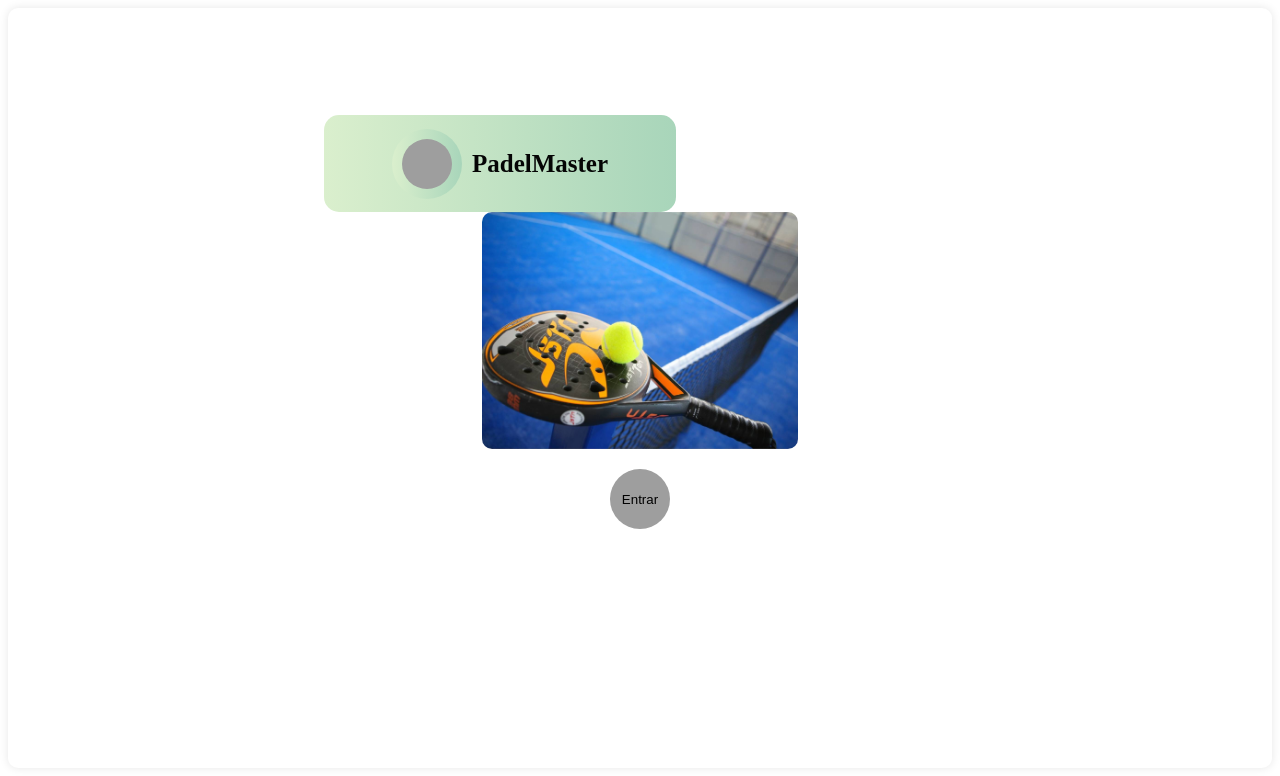
Repository: MarcioMiguel22/PadelMaster
Page: /
The author's editor kept a copy of each file at every save. The page is drawn from the files as they stood at one save, then again after the next save.
The browser window is 1280 px wide. The pictures show the whole page.
Pictures or frames that could not be fetched are drawn as grey boxes. The project was rebuilt for these pictures with package versions that can differ from the ones it lists, and the page was loaded fresh each time. Also part of the build but not shown: vite.config.ts, src/components/components_calculadora/JogadorItem.tsx, src/components/components_calculadora/JogadoresLista.tsx, src/components/components_calculadora/TrocarJogadoresButton.module.css, src/components/components_calculadora/TrocarJogadoresButton.tsx, src/components/components_calculadora/Campo.tsx, src/components/components_calculadora/Jogo.tsx, src/components/components_calculadora/Ranking.module.css and 17 more.

Above is the page before, as saved 2024-06-20 11:19:50.

After the next save:
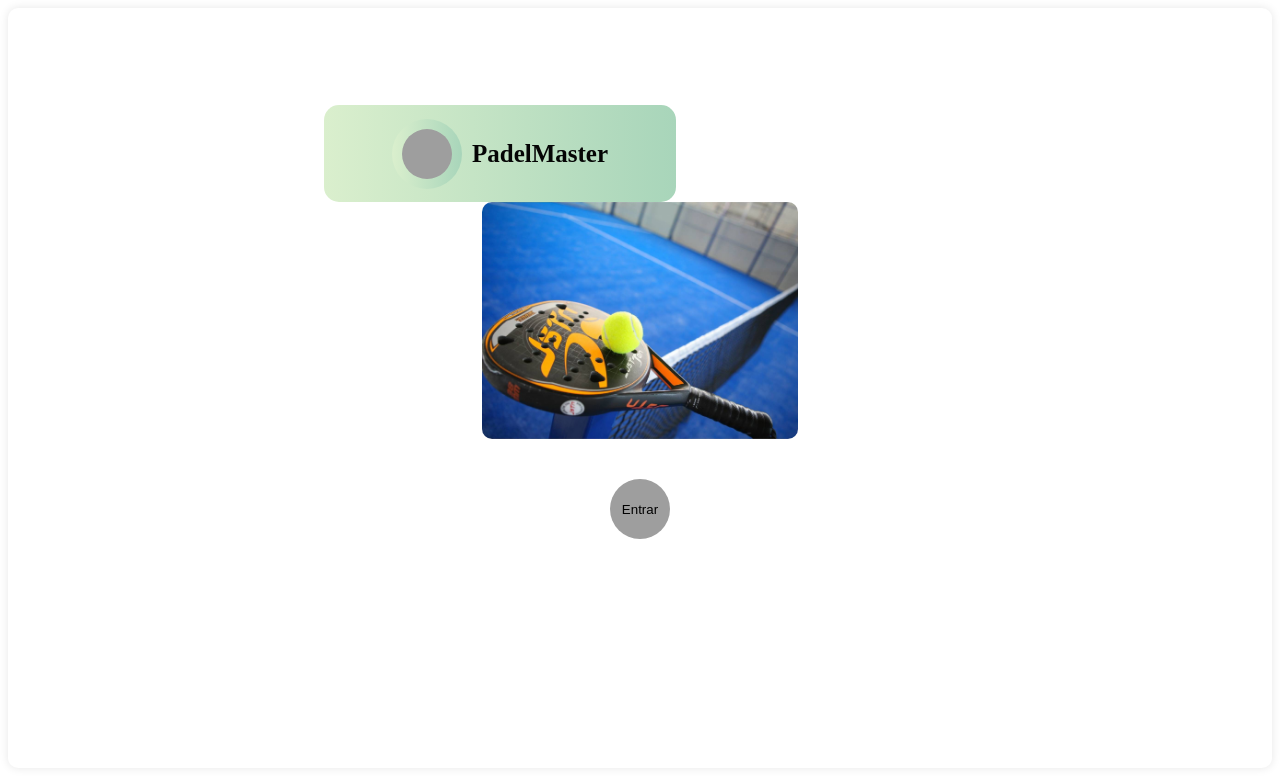
Saved 51 s later.
--- a/src/pages/Home/Home.module.css
+++ b/src/pages/Home/Home.module.css
@@ -1,3 +1,4 @@
+/* Home.module.css */
 .padelContainer {
   display: flex;
   flex-direction: column;
@@ -19,8 +20,6 @@
   left: 50%;
   transform: translate(-50%, -50%);
 }
-
-
 
 .content {
   display: flex;
@@ -49,10 +48,7 @@
 .enterButton:hover {
   transform: scale(2.0);
 }
-/* Titulo.module.css */
-.tituloContainer {
-  display: flex;
-  flex-direction: column;
-  align-items: center;
-  justify-content: center;
+
+.buttonContainer {
+  margin-top: 20px;
 }

After the save that followed:
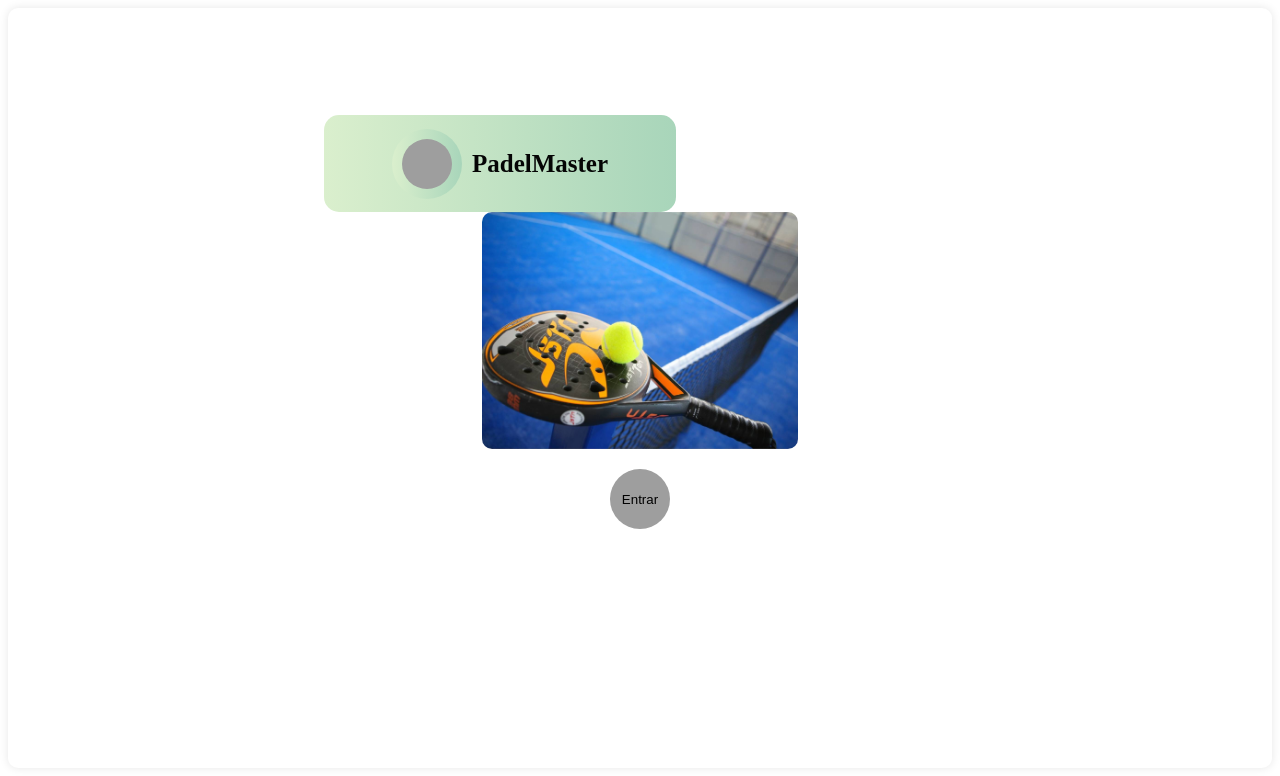
Saved 10 s later.
--- a/src/pages/Home/Home.module.css
+++ b/src/pages/Home/Home.module.css
@@ -1,4 +1,3 @@
-/* Home.module.css */
 .padelContainer {
   display: flex;
   flex-direction: column;
@@ -20,6 +19,8 @@
   left: 50%;
   transform: translate(-50%, -50%);
 }
+
+
 
 .content {
   display: flex;
@@ -48,7 +49,3 @@
 .enterButton:hover {
   transform: scale(2.0);
 }
-
-.buttonContainer {
-  margin-top: 20px;
-}
